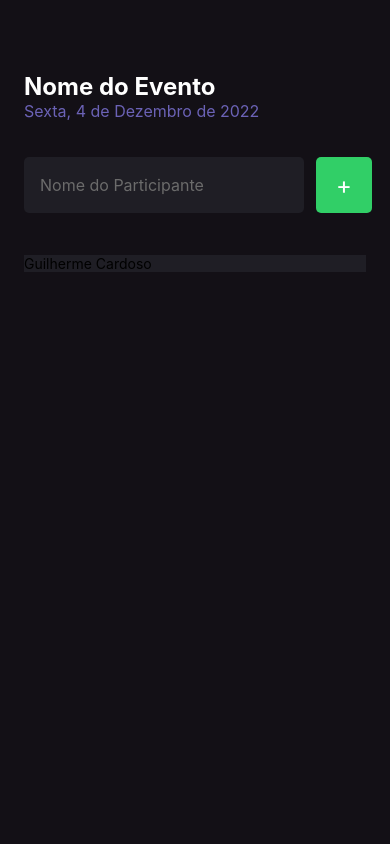
Repository: guilhermecardoso93/reactNative-ignite-imhere
Screen: /
The author's editor kept a copy of each file at every save. The screen is drawn from the files as they stood at one save, then again after the next save.
The app was drawn by React Native's web renderer in a window 390 px wide. The project was rebuilt for these pictures with package versions that can differ from the ones it lists, and the page was loaded fresh each time.

Above is the screen before, as saved 2022-10-02 20:14:23.

After the next save:
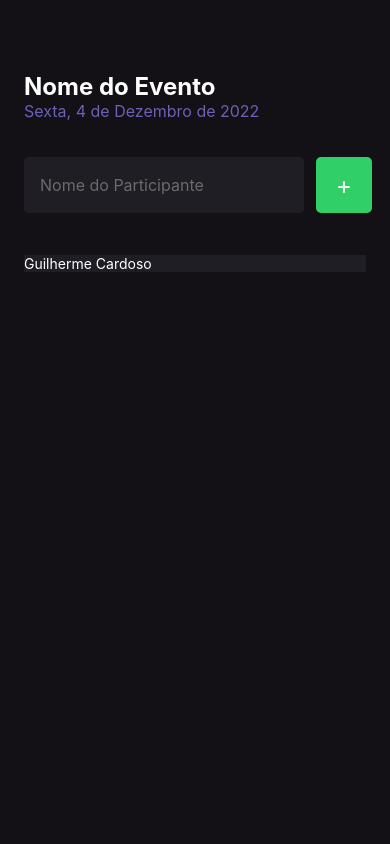
Saved 19 s later.
--- a/src/components/Participant/styles.ts
+++ b/src/components/Participant/styles.ts
@@ -4,6 +4,8 @@ export const styles = StyleSheet.create({
   container: {
     width: '100%',
     backgroundColor: '#1f1e25',
-
+  },
+  name : {
+    color: '#fff',
   }
 })
